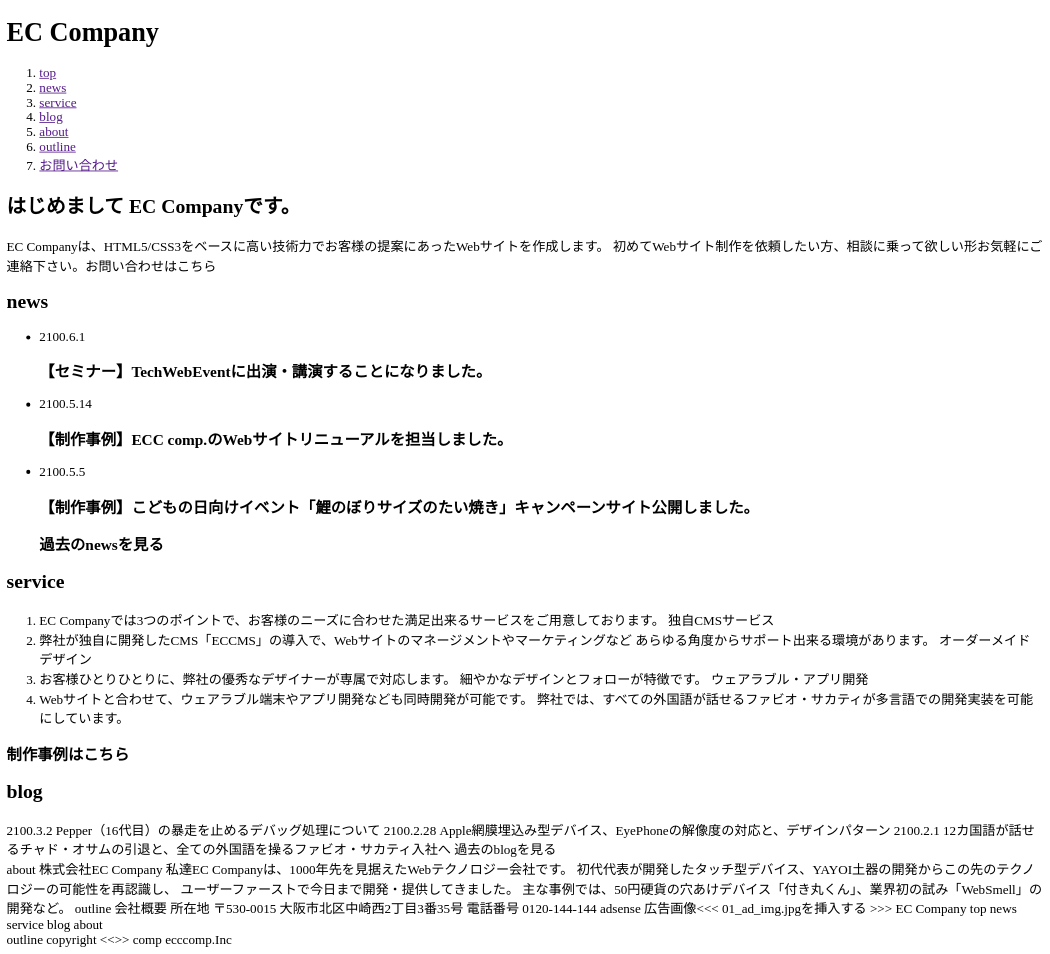
Repository: hsn320/html-practice
Page: html2/work01/work01.html
These files come from the project's save history. The page is drawn as it stood at one moment and after the next save; the edit follows.
The browser window is 1280 px wide. The pictures show the whole page, at 82% of full size.

Above is the page before, as saved 2025-10-01 22:52:39.

### html2/work01/work01.html
<!DOCTYPE html>
<html lang="en">
<head>
    <meta charset="UTF-8">
    <meta name="viewport" content="width=device-width, initial-scale=1.0">
    <title>EC Company</title>
</head>
<body>
    <header>
        <h1>EC Company</h1>
        <nav>
            <ol>
                <li><a href="">top</a></li>
                <li><a href="">news</a></li>
                <li><a href="">service</a></li>
                <li><a href="">blog</a></li>
                <li><a href="">about</a></li>
                <li><a href="">outline</a></li>
                <li><a href="">お問い合わせ</a></li>
            </ol>
        </nav>
    </header>
    <main>
    <section>
        <h2>はじめまして EC Companyです。</h2>
        <p>
            EC Companyは、HTML5/CSS3をベースに高い技術力でお客様の提案にあったWebサイトを作成します。
            初めてWebサイト制作を依頼したい方、相談に乗って欲しい形お気軽にご連絡下さい。お問い合わせはこちら
        </p>
    </section>
    <section>
        <h2>news</h2>
        <ul>
            <li>
                <article>
                    <time datetime="2100.6.1">2100.6.1</time>
                    <h3>【セミナー】TechWebEventに出演・講演することになりました。</h3>
                </article>
            </li>
            <li>
                <article>
                    <time datetime="2100.5.14">2100.5.14</time>
                    <h3>【制作事例】ECC comp.のWebサイトリニューアルを担当しました。</h3>
                </article>
            </li>
            <li>
                <article>
                    <time datetime="2100.5.5">2100.5.5</time>
                    <h3>【制作事例】こどもの日向けイベント「鯉のぼりサイズのたい焼き」キャンペーンサイト公開しました。</h3>
                </article>
            </li>
            <h3>過去のnewsを見る</h3>
        </ul>
    </section>
    <section>
        <h2>service</h2>
        <ol>
            <li>
                EC Companyでは3つのポイントで、お客様のニーズに合わせた満足出来るサービスをご用意しております。
                独自CMSサービス
            </li>
            <li>
                弊社が独自に開発したCMS「ECCMS」の導入で、Webサイトのマネージメントやマーケティングなど あらゆる角度からサポート出来る環境があります。
                オーダーメイドデザイン
            </li>
            <li>
                お客様ひとりひとりに、弊社の優秀なデザイナーが専属で対応します。 細やかなデザインとフォローが特徴です。
                ウェアラブル・アプリ開発
            </li>
            <li>Webサイトと合わせて、ウェアラブル端末やアプリ開発なども同時開発が可能です。
                弊社では、すべての外国語が話せるファビオ・サカティが多言語での開発実装を可能にしています。</li>
        </ol>
        <h3>制作事例はこちら</h3>
    </section>


    <section>
        <h2>blog</h2>
        2100.3.2
        Pepper（16代目）の暴走を止めるデバッグ処理について
        2100.2.28
        Apple網膜埋込み型デバイス、EyePhoneの解像度の対応と、デザインパターン
        2100.2.1
        12カ国語が話せるチャド・オサムの引退と、全ての外国語を操るファビオ・サカティ入社へ

        過去のblogを見る

    </section>
    about
    株式会社EC Company

    私達EC Companyは、1000年先を見据えたWebテクノロジー会社です。 初代代表が開発したタッチ型デバイス、YAYOI土器の開発からこの先のテクノロジーの可能性を再認識し、 ユーザーファーストで今日まで開発・提供してきました。 主な事例では、50円硬貨の穴あけデバイス「付き丸くん」、業界初の試み「WebSmell」の開発など。

    outline
    会社概要
    所在地
    〒530-0015 大阪市北区中崎西2丁目3番35号
    電話番号
    0120-144-144

    adsense
    広告画像<<< 01_ad_img.jpgを挿入する >>>

    EC Company
    top
    news
    service
    blog
    about
    </main>
outline

copyright <<<copyrightマークに差し替え>>> comp ecccomp.Inc
</body>
</html>

After the next save:
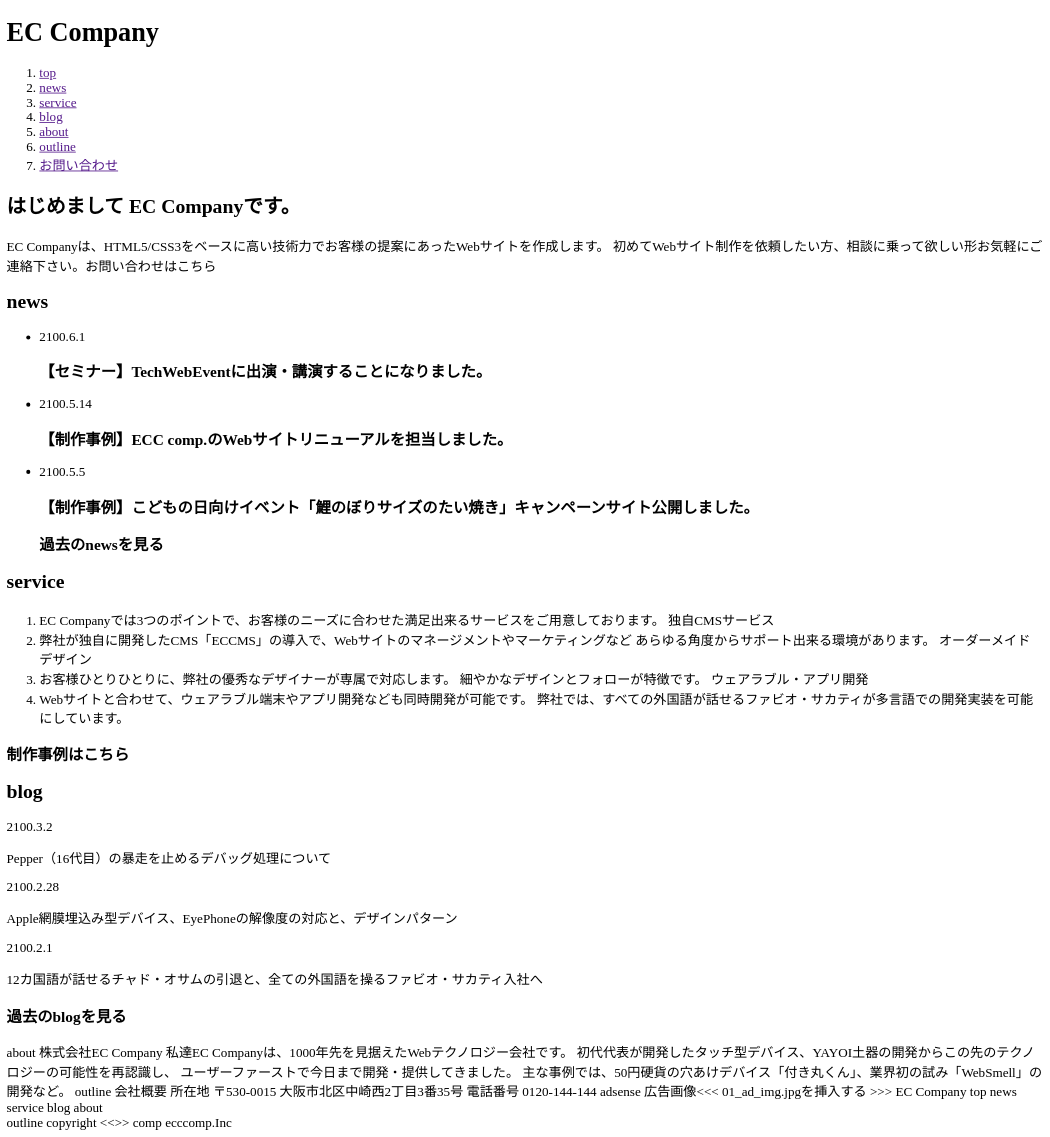
Saved 2 min 21 s later.
--- a/html2/work01/work01.html
+++ b/html2/work01/work01.html
@@ -76,14 +76,19 @@
 
     <section>
         <h2>blog</h2>
-        2100.3.2
-        Pepper（16代目）の暴走を止めるデバッグ処理について
-        2100.2.28
-        Apple網膜埋込み型デバイス、EyePhoneの解像度の対応と、デザインパターン
-        2100.2.1
-        12カ国語が話せるチャド・オサムの引退と、全ての外国語を操るファビオ・サカティ入社へ
-
-        過去のblogを見る
+        <article>
+            <time datetime="2100.3.2">2100.3.2</time>
+            <p>Pepper（16代目）の暴走を止めるデバッグ処理について</p>
+        </article>
+        <article>
+            <time datetime="2100.2.28">2100.2.28</time>
+            <p>Apple網膜埋込み型デバイス、EyePhoneの解像度の対応と、デザインパターン</p>
+        </article>
+        <article>
+            <time datetime="2100.2.1">2100.2.1</time>
+            <p>12カ国語が話せるチャド・オサムの引退と、全ての外国語を操るファビオ・サカティ入社へ</p>
+        </article>
+        <h3>過去のblogを見る</h3>
 
     </section>
     about
